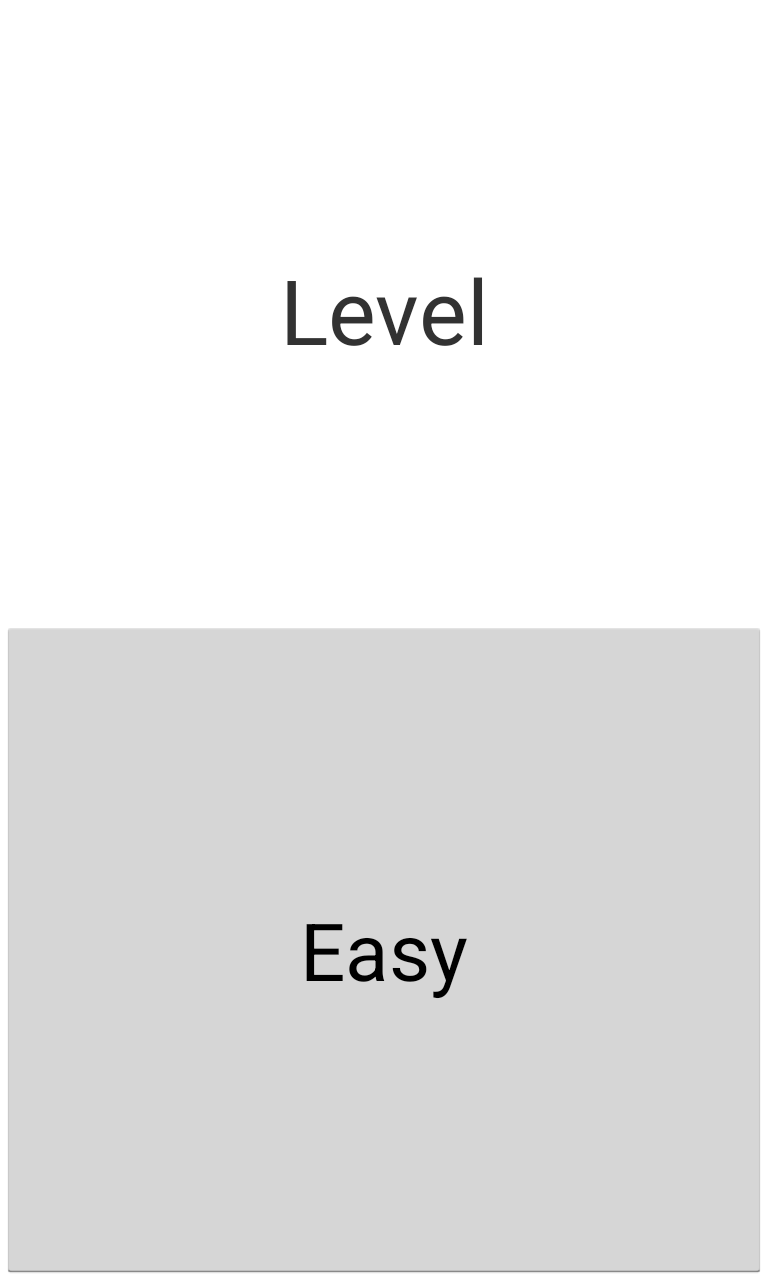
Repository: rupaligarje123/aakash
Layout: androidphotoquiz/FunChem1/photoquiz/res/layout/activity_main.xml
An editor plug-in stored every save of this project. The layout is shown before and after the next save, followed by the edit.
It is drawn on a 768 x 1280 px phone screen (xhdpi) without system bars, with theme AppTheme; the app's code is not run.

Above is the layout before, as saved 2013-04-18 06:11:55.

### androidphotoquiz/FunChem1/photoquiz/res/layout/activity_main.xml
<?xml version = "1.0" encoding ="utf-8"?>
<LinearLayout xmlns:android="http://schemas.android.com/apk/res/android"
    xmlns:tools="http://schemas.android.com/tools"
    android:layout_width="fill_parent"
    android:layout_height="fill_parent"
    android:orientation="vertical" >

    <TextView
        android:id="@+id/tvDisplay"
        android:layout_width="fill_parent"
        android:layout_height="60sp"
        android:layout_weight="1"
        android:gravity="center"
        android:text="@string/hello_world"
        android:textSize="45sp" />

    <Button
        android:id="@+id/bEasy"
        android:layout_width="fill_parent"
        android:layout_height="80sp"
        android:layout_weight="1"
        android:text="Easy"
        android:textSize="40sp" />



</LinearLayout>

### androidphotoquiz/FunChem1/photoquiz/res/values/strings.xml
<?xml version="1.0" encoding="utf-8"?>
<resources>

    <string name="app_name">FunChem</string>
    <string name="action_settings">Settings</string>
    <string name="hello_world">Level</string>
    <string name="Result">Select answer</string>
    <string name="st1">dghfg</string>

</resources>

Loaded but not shown: androidphotoquiz/FunChem1/photoquiz/res/values/styles.xml (common file); androidphotoquiz/FunChem1/photoquiz/res/values-v11/styles.xml (common file); androidphotoquiz/FunChem1/photoquiz/res/values-v14/styles.xml (common file)

After the next save:
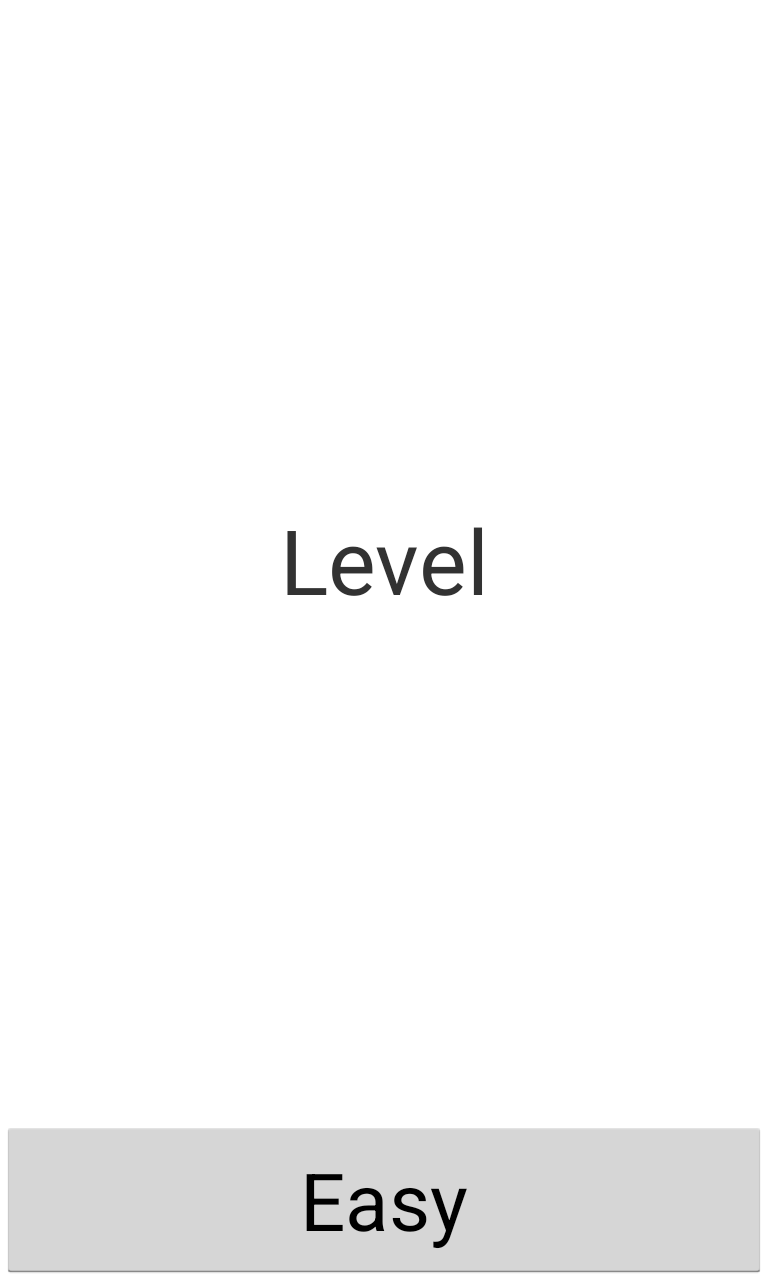
Saved 2 min 29 s later.
--- a/androidphotoquiz/FunChem1/photoquiz/res/layout/activity_main.xml
+++ b/androidphotoquiz/FunChem1/photoquiz/res/layout/activity_main.xml
@@ -9,7 +9,7 @@
         android:id="@+id/tvDisplay"
         android:layout_width="fill_parent"
         android:layout_height="60sp"
-        android:layout_weight="1"
+        android:layout_weight="0.01"
         android:gravity="center"
         android:text="@string/hello_world"
         android:textSize="45sp" />
@@ -18,10 +18,8 @@
         android:id="@+id/bEasy"
         android:layout_width="fill_parent"
         android:layout_height="80sp"
-        android:layout_weight="1"
+        android:layout_weight="0.00"
         android:text="Easy"
         android:textSize="40sp" />
 
-
-
 </LinearLayout>
